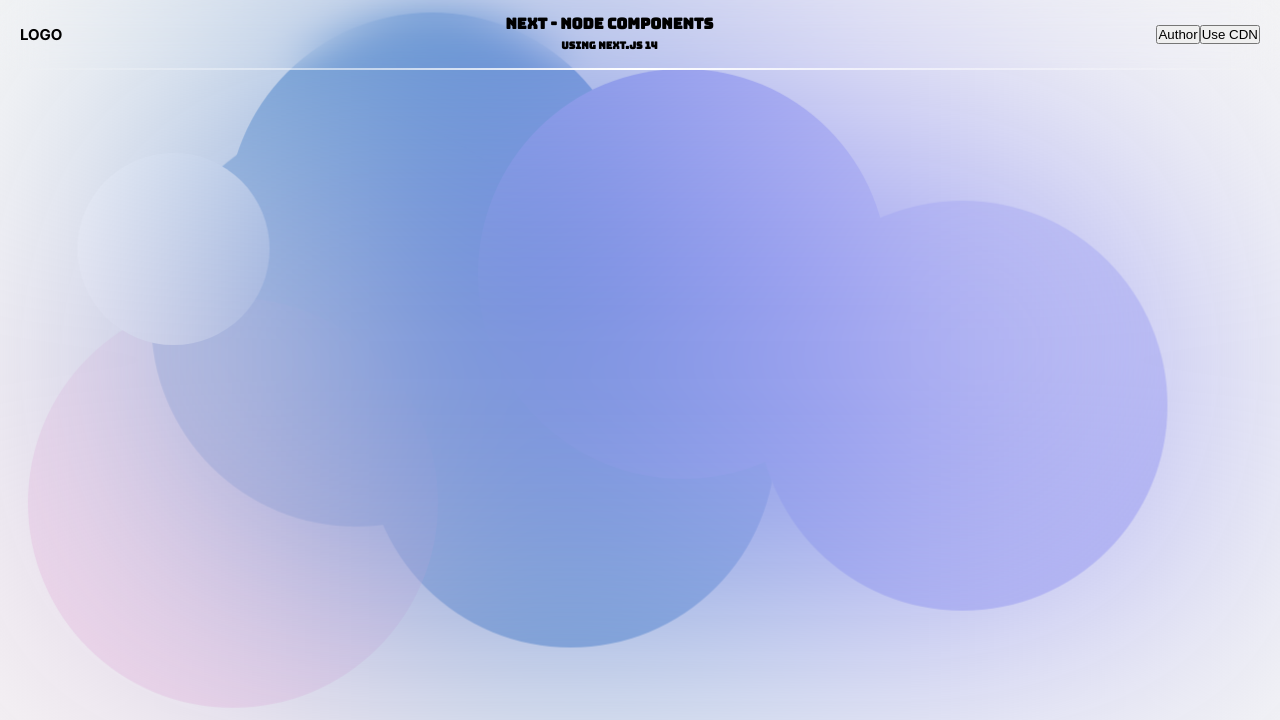
Repository: keval-gohil/komponents
Page: /
An editor plug-in stored every save of this project. The page is shown before and after the next save, followed by the edit.
The browser window is 1280 px wide. The pictures show the whole page.
Some web fonts or font styles are not loaded; a fallback is used. The project was rebuilt for these pictures with package versions that can differ from the ones it lists, and the page was loaded fresh each time. The framework's server and built-in components were replaced by stand-ins that run in the browser. Also part of the build but not shown: next.config.mjs.

Above is the page before, as saved 2024-03-07 12:20:06.

### app/layout.js
import { Inter } from "next/font/google";
import "./globals.css";

const inter = Inter({ subsets: ["latin"] });

export const metadata = {
  title: "Komponents | Next-Node",
  description: "Generated by create next app",
};

export default function RootLayout({ children }) {
  return (
    <html lang="en" suppressHydrationWarning={true}>
      <body className={inter.className}>{children}</body>
    </html>
  );
}

### app/page.js
import Background from '@/components/reuse/background'
import Header from '@/components/reuse/header'
import React from 'react'

const page = () => {
  return (
    <>
      <Background />
      <Header />
    </>
  )
}

export default page

### app/globals.css

*,
*:before,
*:after {
	padding: 0;
	margin: 0;
	box-sizing: border-box;
	-webkit-tap-highlight-color: transparent;
}

html {
	scroll-behavior: smooth;
	font-size: 10px;
}

body {
	width: 100%;
	height: 100%;
	overflow-x: hidden;
	background-color: whitesmoke;
}

.bouncing-blob {
	width: 32vw;
	aspect-ratio: 1;
	border-radius: 50%;
	will-change: transform;
	position: absolute;
	z-index: 1;
	top: 0;
	left: 0;
	transform-origin: left top;
  }

  .bouncing-blob--blue {
	background: #4783c7;
  }

  .bouncing-blob--white {
	background: #ffffff;
	z-index: 2;
	width: 15vw;
  }

  .bouncing-blob--purple {
	background: #8c8ff1;
  }

  .bouncing-blob--pink {
	background: #e289cd50;
  }

  .bouncing-blobs-container {
	position: fixed;
	z-index: -1;
	top: 0;
	left: 0;
	width: 100%;
	height: 100%;
  }

  .bouncing-blobs-glass {
	position: absolute;
	z-index: 2;
	top: 0;
	left: 0;
	width: 100%;
	height: 100%;
	backdrop-filter: blur(140px);
	-webkit-backdrop-filter: blur(140px);
	pointer-events: none;
  }

  .bouncing-blobs {
	position: absolute;
	z-index: 1;
	top: 0;
	left: 0;
	width: 100%;
	height: 100%;
  }

  .main-content {
	display: flex;
	flex-direction: column;
	justify-content: center;
	align-items: center;
	width: 100%;
  }




  @media (max-width: 1200px) {
	.bouncing-blobs-glass {
	  backdrop-filter: blur(120px);
	  -webkit-backdrop-filter: blur(120px);
	}
  }

  @media (max-width: 500px) {
	.bouncing-blob {
	  width: 60vw;
	}
	.bouncing-blob--white {
	  width: 30vw;
	}
	.bouncing-blobs-glass {
	  backdrop-filter: blur(90px);
	  -webkit-backdrop-filter: blur(90px);
	}

  }

### components/reuse/background.js
'use client'
import React, { useEffect } from 'react';

const MIN_SPEED = 1.5;
const MAX_SPEED = 2.5;

function randomNumber(min, max) {
  return Math.random() * (max - min) + min;
}

class Blob {
  constructor(el) {
    this.el = el;
    const boundingRect = this.el.getBoundingClientRect();
    this.size = boundingRect.width;
    this.initialX = randomNumber(0, window.innerWidth - this.size);
    this.initialY = randomNumber(0, window.innerHeight - this.size);
    this.el.style.top = `${this.initialY}px`;
    this.el.style.left = `${this.initialX}px`;
    this.vx =
      randomNumber(MIN_SPEED, MAX_SPEED) * (Math.random() > 0.5 ? 1 : -1);
    this.vy =
      randomNumber(MIN_SPEED, MAX_SPEED) * (Math.random() > 0.5 ? 1 : -1);
    this.x = this.initialX;
    this.y = this.initialY;
  }

  update() {
    this.x += this.vx;
    this.y += this.vy;
    if (this.x >= window.innerWidth - this.size) {
      this.x = window.innerWidth - this.size;
      this.vx *= -1;
    }
    if (this.y >= window.innerHeight - this.size) {
      this.y = window.innerHeight - this.size;
      this.vy *= -1;
    }
    if (this.x <= 0) {
      this.x = 0;
      this.vx *= -1;
    }
    if (this.y <= 0) {
      this.y = 0;
      this.vy *= -1;
    }
  }

  move() {
    this.el.style.transform = `translate(${this.x - this.initialX}px, ${
      this.y - this.initialY
    }px)`;
  }
}

function Background() {
  useEffect(() => {
    const blobEls = document.querySelectorAll('.bouncing-blob');
    const blobs = Array.from(blobEls).map((blobEl) => new Blob(blobEl));

    function update() {
      requestAnimationFrame(update);
      blobs.forEach((blob) => {
        blob.update();
        blob.move();
      });
    }

    requestAnimationFrame(update);

    return () => cancelAnimationFrame(update);
  }, []);

  return (
    <div className="bouncing-blobs-container">
      <div className="bouncing-blobs-glass"></div>
      <div className="bouncing-blobs">
        <div className="bouncing-blob bouncing-blob--blue"></div>
        <div className="bouncing-blob bouncing-blob--blue"></div>
        <div className="bouncing-blob bouncing-blob--blue"></div>
        <div className="bouncing-blob bouncing-blob--white"></div>
        <div className="bouncing-blob bouncing-blob--purple"></div>
        <div className="bouncing-blob bouncing-blob--purple"></div>
        <div className="bouncing-blob bouncing-blob--pink"></div>
      </div>
    </div>
  );
}

export default Background;

### components/reuse/header.js
import React from 'react'
import Style from '@/components/reuse/styles/style.css'

const Header = () => {
  return (
    <>
        <nav>
            <h1>LOGO</h1>
            <h2>
                Next - Node Components
                <br />
                <span>using Next.js 14</span>
            </h2>
            <div>
              <button>Author</button>
              <button>Use CDN</button>
            </div>
        </nav>
    </>
  )
}

export default Header

### components/reuse/styles/style.css
@import url('https://fonts.googleapis.com/css2?family=Bungee&family=Righteous&display=swap');


nav {
    display: flex;
    justify-content: space-between;
    align-items: center;
    background: transparent;
    backdrop-filter: blur(20px);
    height: 7rem;
    border-bottom: 0.2rem solid transparent;
    border-image: linear-gradient(0.25turn, rgba(56,2,155,0), #fff, rgba(56,2,155,0));
    border-image-slice: 1;
    padding: 0 2rem;
}

nav h2{
    text-align: center;
    font-family: "Bungee", sans-serif;
}
nav h2 span{
    font-size: 1rem;
}

After the next save:
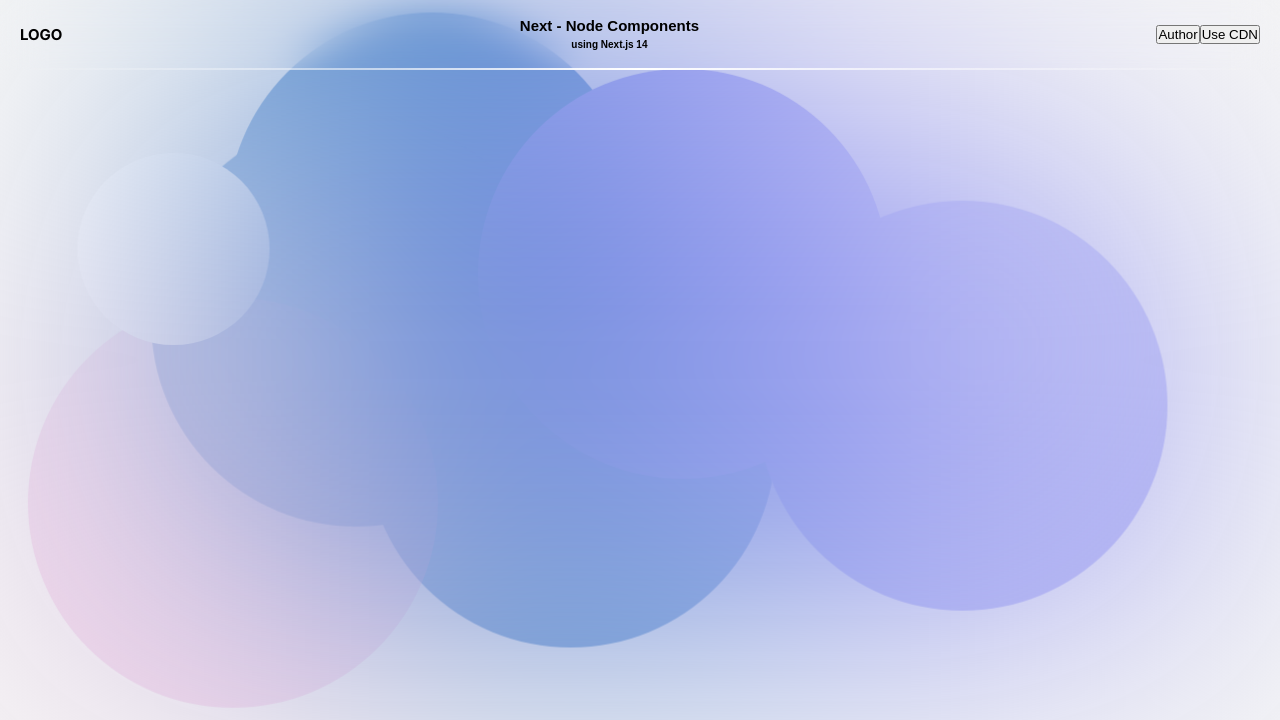
Saved 86 s later.
--- a/components/reuse/styles/style.css
+++ b/components/reuse/styles/style.css
@@ -1,4 +1,4 @@
-@import url('https://fonts.googleapis.com/css2?family=Bungee&family=Righteous&display=swap');
+@import url('https://fonts.googleapis.com/css2?family=Anta&display=swap');
 
 
 nav {
@@ -16,7 +16,7 @@
 
 nav h2{
     text-align: center;
-    font-family: "Bungee", sans-serif;
+    font-family: "Righteous", sans-serif;
 }
 nav h2 span{
     font-size: 1rem;
